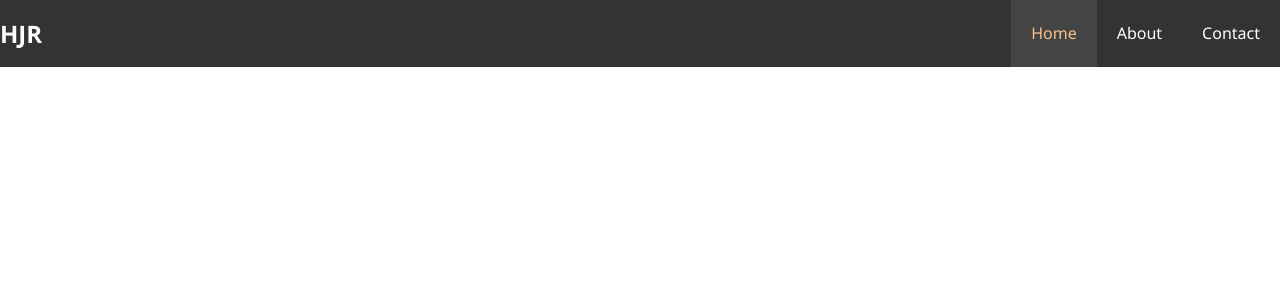
Repository: dimlutine/Hotel-Project
Page: index.html
These files come from the project's save history. The page is drawn as it stood at one moment and after the next save; the edit follows.
The browser window is 1280 px wide. The pictures show the whole page.

Above is the page before, as saved 2019-07-05 21:43:14.

After the next save:
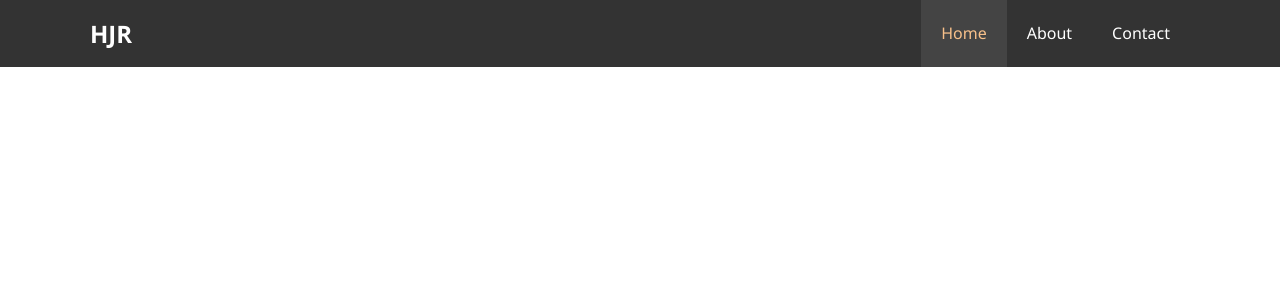
Saved 20 s later.
--- a/css/style.css
+++ b/css/style.css
@@ -27,6 +27,7 @@ p {
 
 .container {
     margin: auto;
+    max-width: 1100px;
 }
 
 #navbar {
